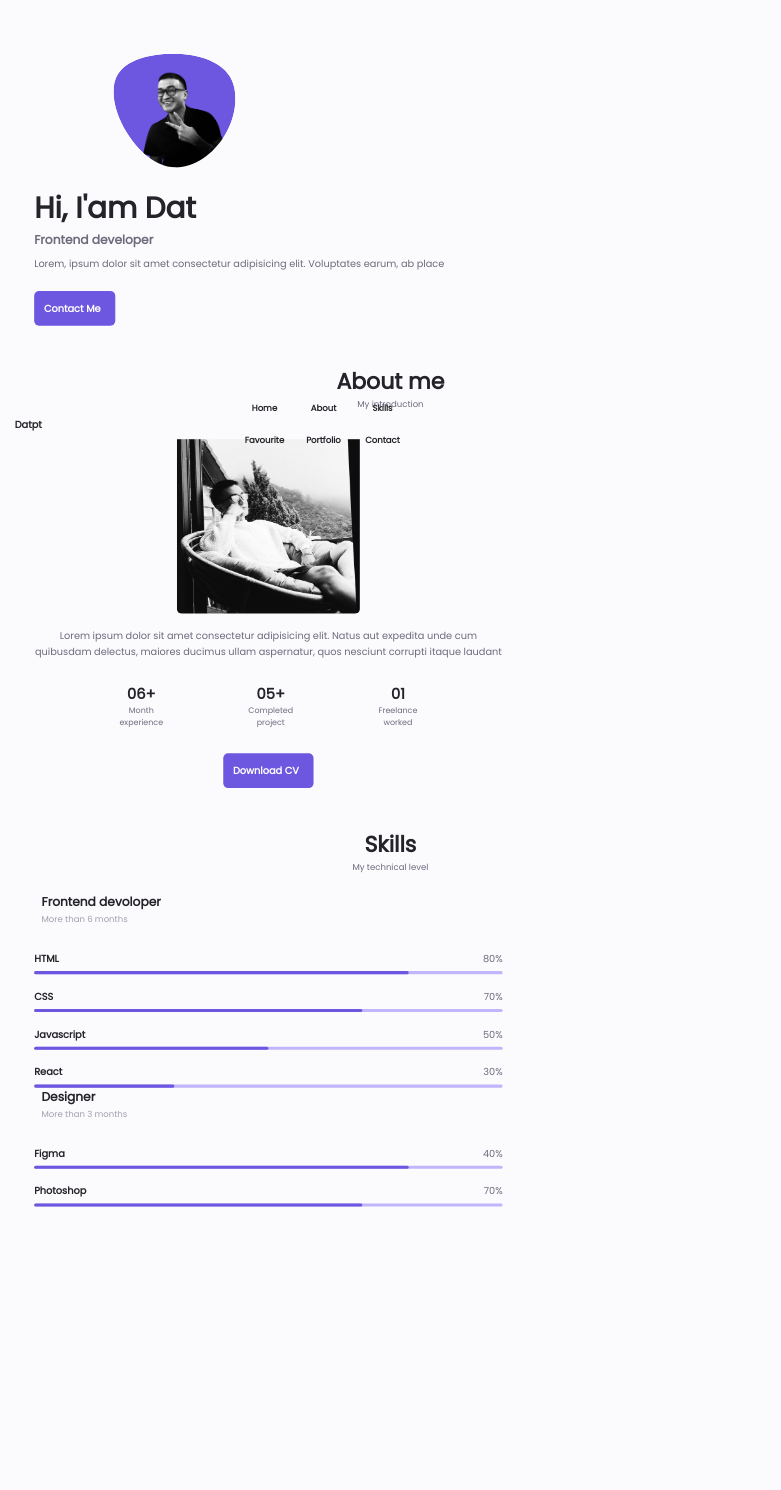
Repository: Datt21/portfolio
Page: index.html
These files come from the project's save history. The page is drawn as it stood at one moment and after the next save; the edit follows.
The browser window is 1280 px wide. The pictures show the whole page, at 61% of full size.
Some icons come from a web library that is not loaded, so they are not drawn.

Above is the page before, as saved 2021-07-10 17:29:17.

### index.html
<!DOCTYPE html>
<html lang="en">
<head>
    <meta charset="UTF-8">
    <meta http-equiv="X-UA-Compatible" content="IE=edge">
    <meta name="viewport" content="width=device-width, initial-scale=1.0">
    <!--============= ICONS ================  -->
    <link rel="stylesheet" href="https://unicons.iconscout.com/release/v4.0.0/css/line.css">

    <!-- ============= SWIPER CSS =============== -->
    <link rel="stylesheet" href="">

    <!-- =============== CSS ========================= -->
    <link rel="stylesheet" href="./Css/style.css">

    <title>Portfolio</title>
</head>
<body>
    <!--============================ HEADER ============================ -->
    <header class="header" id="header">
        <nav class="nav container">
            <a href="#" class="nav__logo">Datpt</a>

            <div class="nav__menu" id="nav-menu">
                <ul class="nav__list grid">
                    <li class="nav__item">
                        <a href="#home" class="nav__link">
                            <i class="uil uil-estate nav__icon"></i>Home
                        </a>
                    </li>
                    <li class="nav__item">
                        <a href="#about" class="nav__link">
                            <i class="uil uil-user nav__icon"></i>About
                        </a>
                    </li>
                    <li class="nav__item">
                        <a href="#skills" class="nav__link">
                            <i class="uil uil-file-alt nav__icon"></i>Skills
                        </a>
                    </li>
                    <li class="nav__item">
                        <a href="#fovourite" class="nav__link">
                            <i class="uil uil-books nav__icon"></i>Favourite
                        </a>
                    </li>
                    <li class="nav__item">
                        <a href="#portfolio" class="nav__link">
                            <i class="uil uil-scenery nav__icon"></i>Portfolio
                        </a>
                    </li>
                    <li class="nav__item">
                        <a href="#contact" class="nav__link">
                            <i class="uil uil-message nav__icon"></i>Contact
                        </a>
                    </li>
                </ul>
                <i class="uil uil-times nav__close" id="nav-close"></i>
            </div>

            <div class="nav__btns">
                <div class="nav__toggle" id="nav-toggle">
                    <i class="uil uil-apps"></i>
                </div>
            </div>
        </nav>
    </header>

     <!--==================== MAIN ====================-->
     <main class="main">
        <!--==================== HOME ====================-->
        <section class="home section" id="home">
            <div class="home__container container grid">
                <div class="home__content grid">
                    <div class="home__social">
                        <a href="https://www.facebook.com/profile.php?id=100043830603950" target="_blank" class="home__social-icon">
                            <i class="uil uil-facebook"></i>
                        </a>
                        <a href="https://t.me/datpt21" target="_blank" class="home__social-icon">
                            <i class="uil uil-telegram-alt"></i>
                        </a>
                        <a href="https://github.com/Datt21" target="_blank" class="home__social-icon">
                            <i class="uil uil-github-alt"></i>
                        </a>
                    </div>

                    <div class="home__img">
                        <svg class="home__blob" viewBox="0 0 200 187" xmlns="http://www.w3.org/2000/svg" xmlns:xlink="http://www.w3.org/1999/xlink">
                            <mask id="mask0" mask-type="alpha">
                                <path d="M190.312 36.4879C206.582 62.1187 201.309 102.826 182.328 134.186C163.346 165.547
                                130.807 187.559 100.226 186.353C69.6454 185.297 41.0228 161.023 21.7403 129.362C2.45775
                                97.8511 -7.48481 59.1033 6.67581 34.5279C20.9871 10.1032 59.7028 -0.149132 97.9666
                                0.00163737C136.23 0.303176 174.193 10.857 190.312 36.4879Z"/>
                            </mask>
                            <g mask="url(#mask0)">
                                <path d="M190.312 36.4879C206.582 62.1187 201.309 102.826 182.328 134.186C163.346
                                165.547 130.807 187.559 100.226 186.353C69.6454 185.297 41.0228 161.023 21.7403
                                129.362C2.45775 97.8511 -7.48481 59.1033 6.67581 34.5279C20.9871 10.1032 59.7028
                                -0.149132 97.9666 0.00163737C136.23 0.303176 174.193 10.857 190.312 36.4879Z"/>

                                <image class="home_blob-img" x='12' y='18 'xlink:href="./images/me.png"/>
                            </g>
                        </svg>

                    </div>

                    <div class="home__data">
                        <h1 class="home__title">Hi, I'am Dat</h1>
                        <h3 class="home_subtitle">Frontend developer</h3>
                        <p class="home_description">Lorem, ipsum dolor sit amet consectetur adipisicing elit.
                            Voluptates earum, ab place</p>
                        <a href="#contact" class="button button--flex">
                            Contact Me<i class="uil uil-message button__icon"></i>
                        </a>
                    </div>
                </div>

                <div class="home_scroll">
                    <a href="#about" class="home__scroll-button button--flex">
                        <i class="uil uil-mouse-alt-2 home__scroll-mouse"></i>
                        <span class="home__scroll-name">Scroll down</span>
                        <i class="uil uil-arrow-down home__scroll-arrow"></i>
                    </a>
                </div>
            </div>
        </section>

        <!--==================== ABOUT ====================-->
        <section class="about section" id="about">
            <h2 class="section__title">About me</h2>
            <span class="section__subtitle">My introduction</span>

            <div class="about__container container grid">
                <img src="./images/me2.jpg" alt="" class="about__img">

                <div class="about-data">
                    <p class="about-decription">Lorem ipsum dolor sit amet consectetur adipisicing elit.
                        Natus aut expedita unde cum quibusdam delectus, maiores ducimus ullam aspernatur, quos nesciunt corrupti itaque laudant</p>

                    <div class="about__info">
                        <div>
                            <span class="about__info-title">06+</span>
                            <span class="about__info-name">Month <br> experience</span>
                        </div>
                        <div>
                            <span class="about__info-title">05+</span>
                            <span class="about__info-name">Completed <br> project</span>
                        </div>
                        <div>
                            <span class="about__info-title">01</span>
                            <span class="about__info-name">Freelance <br> worked</span>
                        </div>
                    </div>

                    <div class="about__buttons">
                        <a download="" href="./pdf/LeTienDat_CV.pdf" class="button button--flex">
                            Download CV <i class="uil uil-download-alt button__icon"></i>
                        </a>
                    </div>
                </div>
            </div>


        </section>

        <!--==================== SKILLS ====================-->
        <section class="skills section" id="skills">
            <h2 class="section__title">Skills</h2>
            <span class="section__subtitle">My technical level</span>

            <div class="skills__container container grid">
                <div>
                    <!-- skill 1 -->
                    <div class="skills__content">
                        <div class="skills__header">
                            <i class="uil uil-brackets-curly skills__icon"></i>

                            <div>
                                <h1 class="skills__title">Frontend devoloper</h1>
                                <span class="skills__subtitle">More than 6 months</span>
                            </div>
                            <i class="uil uil-angle-down skills__arrow"></i>
                        </div>

                        <div class="skills__list grid">
                            <div class="skills__data">
                                <div class="skills__titles">
                                    <h3 class="skills__name">HTML</h3>
                                    <span class="skills__number">80%</span>
                                </div>
                                <div class="skills__bar">
                                    <span class="skills__percentage skills__html"></span>
                                </div>
                            </div>

                            <div class="skills__data">
                                <div class="skills__titles">
                                    <h3 class="skills__name">CSS</h3>
                                    <span class="skills__number">70%</span>
                                </div>
                                <div class="skills__bar">
                                    <span class="skills__percentage skills__css"></span>
                                </div>
                            </div>

                            <div class="skills__data">
                                <div class="skills__titles">
                                    <h3 class="skills__name">Javascript</h3>
                                    <span class="skills__number">50%</span>
                                </div>
                                <div class="skills__bar">
                                    <span class="skills__percentage skills__js"></span>
                                </div>
                            </div>

                            <div class="skills__data">
                                <div class="skills__titles">
                                    <h3 class="skills__name">React</h3>
                                    <span class="skills__number">30%</span>
                                </div>
                                <div class="skills__bar">
                                    <span class="skills__percentage skills__react"></span>
                                </div>
                            </div>
                        </div>
                    </div>

                    <!-- skill 2 -->
                    <div class="skills__content">
                        <div class="skills__header">
                            <i class="uil uil-swatchbook skills__icon"></i>

                            <div>
                                <h1 class="skills__title">Designer</h1>
                                <span class="skills__subtitle">More than 3 months</span>
                            </div>
                            <i class="uil uil-angle-down skills__arrow"></i>
                        </div>

                        <div class="skills__list grid">
                            <div class="skills__data">
                                <div class="skills__titles">
                                    <h3 class="skills__name">Figma</h3>
                                    <span class="skills__number">40%</span>
                                </div>
                                <div class="skills__bar">
                                    <span class="skills__percentage skills__html"></span>
                                </div>
                            </div>

                            <div class="skills__data">
                                <div class="skills__titles">
                                    <h3 class="skills__name">Photoshop</h3>
                                    <span class="skills__number">70%</span>
                                </div>
                                <div class="skills__bar">
                                    <span class="skills__percentage skills__css"></span>
                                </div>
                            </div>

                        </div>
                    </div>
                </div>
            </div>


        </section>

        <!--==================== QUALIFICATION ====================-->
        <section class="qualification section">


        </section>

        <!--==================== SERVICES ====================-->
        <section class="services section" id="services">


        </section>

        <!--==================== PORTFOLIO ====================-->
        <section class="portfolio section" id="portfolio">


        </section>

        <!--==================== PROJECT IN MIND ====================-->
        <section class="project section">


        </section>

        <!--==================== TESTIMONIAL ====================-->
        <section class="testimonial section">


        </section>

        <!--==================== CONTACT ME ====================-->
        <section class="contact section" id="contact">


        </section>
    </main>

    <!--==================== FOOTER ====================-->
    <footer class="footer">


    </footer>

    <!--==================== SCROLL TOP ====================-->


    <!--==================== SWIPER JS ====================-->
    <script src=""></script>

    <!-- =================== JS ======================= -->
    <script src="./JS/main.js"></script>
</body>
</html>

### Css/style.css
/* ========================= GOOGLE FONTS ========================= */
@import url('https://fonts.googleapis.com/css2?family=Poppins&display=swap');

/*========================= VARIABLES CSS ==========================*/
:root{
    --header-height: 3rem;

    /* ---COLORS----- */
    --hue-color: 250;
    --first-color: hsl(var(--hue-color), 69%, 61%);
    --first-color-second: hsl(var(--hue-color), 69%, 61%);
    --first-color-alt: hsl(var(--hue-color), 57%, 53%);
    --first-color-lighter: hsl(var(--hue-color), 92%, 85%);
    --title-color:hsl(var(--hue-color), 8%, 15%);
    --text-color: hsl(var(--hue-color), 8%, 45%);
    --text-color-light: hsl(var(--hue-color), 8%, 65%);
    --input-color: hsl(var(--hue-color), 70%, 96%);
    --body-color: hsl(var(--hue-color), 60%, 99%);
    --container-color: #fff;

    /* --- FONT & SIZES */
    --body-font: 'Poppins', sans-serif;

    --font-semi-bold: 700;
    --font-medium: 600;

    --big-font-size: 2rem;
    --h1-font-size: 1.5rem;
    --h2-font-size: 1.25rem;
    --h3-font-size: 1.125rem;
    --normal-font-size: .938rem;
    --small-font-size: .813rem;
    --smaller-font-size: .75rem;

    /* --- MARGIN BOTTOM */
    --mb-0-25: .25rem;
    --mb-0-5: .5rem;
    --mb-0-75: .75rem;
    --mb-1: 1rem;
    --mb-1-5: 1.5rem;
    --mb-2: 2rem;
    --mb-2-5: 2.5rem;
    --mb-3: 3rem;

    /* Z INDEX */
    --z-tooltip: 10;
    --z-fixed: 100;
    --z-modal: 1000;

}

/* Font size for large devices */
@media screen and (min-width: 968px){
    :root {
        --big-font-size: 3rem;
        --h1-font-size: 2.25rem;
        --h2-font-size: 1.5rem;
        --h3-font-size: 1.25rem;
        --normal-font-size: 1rem;
        --small-font-size: .875rem;
        --smaller-font-size: .813rem;
    }

}

/*====================== Variables Dark Theme ===================  */

/*====================== Button Dark/Light  ===================  */

/*====================== BASE ========================= */
*{
    box-sizing: border-box;
    padding: 0;
    margin: 0;
}

html{
    scroll-behavior: smooth;
}

body{
    margin: 0 0 var(--header-height) 0;
    font-family: var(--body-font);
    font-size: var(--normal-font-size);
    background-color: var(--body-color);
    color: var(--text-color);
}

h1,h2,h3,h4{
    color: var(--title-color);
    font-weight: var(--font-semi-bold)
}

ul{
    list-style: none;
}

a{
    text-decoration: none;
}

img{
    max-width: 100%;
    height: auto;
}

/*========================= set section - css classes ====================  */
.section{
    padding: 2rem;
}

.section__title{
    font-size: var(--h1-font-size);
}

.section__subtitle{
    display: block;
    font-size: var(--small-font-size);
    margin-bottom: var(--mb-2);
}

.section__title,
.section__subtitle{
    text-align: center;
}

/* ===================== LAYOUT ============================== */
.container{
    max-width: 768px;
    margin-left: var(--mb-1-5);
    margin-right: var(--mb-1-5);
}

.grid{
    display: grid;
    gap: 1.5rem;
}

.header{
    width: 100%;
    position: fixed;
    bottom: 0;
    left: 0;
    z-index: var(--z-fixed);
    background-color: var(--body-color);
}

/* ===================== NAV ==================== */
.nav{
    max-width: 968px;
    height: var(--header-height);
    display: flex;
    justify-content:space-between;
    align-items: center;
}

.nav__logo,
.nav__toggle{
    color: var(--title-color);
    font-weight: var(--font-medium);
}

.nav__logo:hover{
    color: var(--first-color);
}

.nav__toggle{
    font-size: 1.1rem;
    cursor: pointer;
}

.nav__toggle:hover{
    color: var(--first-color);
}

@media screen and (max-width: 767px) {
    .nav__menu{
        position: fixed;
        bottom: -100%;
        left: 0;
        width: 100%;
        background-color: var(--body-color);
        padding: 2rem 1.5rem 4rem;
        box-shadow: 0 -1px 4px rgb(0,0,0, .15 );
        border-radius: 1.5rem 1.5rem 0 0;
        transition:0.3s;
    }
}

.nav__list{
    grid-template-columns: repeat(3,1fr);
    gap: 2rem;
}

.nav__link{
    display: flex;
    flex-direction: column;
    align-items: center;
    font-size: var(--small-font-size);
    color: var(--title-color);
    font-weight: var(--font-medium);
}

.nav__link:hover{
    color: var(--first-color);
}

.nav__icon{
    font-size: 1.2rem;
}

.nav__close{
    position: absolute;
    right: 1.3rem;
    bottom: .5rem;
    font-size: 1.5rem;
    cursor: pointer;
    color: var(--first-color);
}

.nav__close:hover{
    color: var(--first-color-alt);
}

/* -----show menu ---------- */
.show-menu{
    bottom: 0;
}

/*==================== HOME ====================*/
.home__container{
    gap: 1rem;
}

.home__content{
    grid-template-columns: .5fr 3fr;
    padding-top: 3.5rem;
    align-items: center;
}

.home__social{
    display: grid;
    grid-template-columns: max-content;
    row-gap: 1rem;
}

.home__social-icon{
    font-size: 1.25rem;
    color: var(--first-color);
}

.home__social-icon:hover{
    color: var(--first-color-alt);
    transform: scale(1.2);
}

.home__blob{
    width: 200px;
    fill: var(--first-color);
}

.home_blob-img{
    width: 170px;
}

.home__data{
    grid-column: 1/3;
}

.home__title{
    font-size: var(--big-font-size);
}

.home_subtitle{
    font-size: var(--h3-font-size);
    color: var(--text-color);
    font-weight: var(--font-medium);
    margin-bottom: var(--mb-0-75);
}

.home_description{
    margin-bottom: var(--mb-2);
}

.home_scroll{
    display: none;
}

.home__scroll-button{
    color: var(--first-color);
    transition: 0.3s;
}

.home__scroll-button:hover{
    transform: translateY(0.25rem);
}

.home__scroll-mouse{
    font-size: 2rem;
}

.home__scroll-name{
    font-size: var(--small-font-size);
    color: var(--title-color);
    font-weight: var(--font-medium);
    margin-right: var(--mb-0-25);
}

.home__scroll-arrow{
    font-size: 1.25rem;
}

/*==================== BUTTONS ====================*/
.button{
    display: inline-block;
    background-color: var(--first-color);
    color: #fff;
    padding: 1rem;
    border-radius: .5rem;
    font-weight: var(--font-medium);
}

.button:hover{
    background-color: var(--first-color-alt);
}

.button__icon{
    font-size: 1.25rem;
    margin-left: var(--mb-0-5);
    transition: 0.3s;
}

.button--flex{
    display: inline-flex;
    align-items: center;
}



/*==================== ABOUT ====================*/
.about__img{
    border-radius: .5rem;
    width: 300px;
    justify-self: center;
    align-self: center;
    height: 300px;
    object-fit: cover;
}

.about-decription{
    text-align: center;
    margin-bottom: var(--mb-2-5);
}

.about__info{
    display: flex;
    justify-content: space-evenly;
    margin-bottom: var(--mb-2-5);
}

.about__info-title{
    font-size: var(--h2-font-size);
    font-weight: var(--font-semi-bold);
    color: var(--title-color);
}

.about__info-name{
    font-size: var(--smaller-font-size);
}

.about__info-title,
.about__info-name{
    display: block;
    text-align: center;
}

.about__buttons{
    display: flex;
    justify-content: center;
}

/*==================== SKILLS ====================*/
.skills__container{
    row-gap: 0;
}

.skills__header{
    display: flex;
    align-items: center;
    margin-bottom: var(--mb-2-5);
    cursor: pointer;
}

.skills__icon,
.skills__arrow{
    font-size: 2rem;
    color: var(--first-color);
}

.skills__icon{
    margin-right: var(--mb-0-75);
}

.skills__title{
    font-size: var(--h3-font-size);
}

.skills__subtitle{
    font-size: var(--small-font-size);
    color: var(--text-color-light);
}

.skills__arrow{
    margin-left: auto;
    transition: .4s;
}

.skills__titles{
    display: flex;
    justify-content: space-between;
    margin-bottom: var(--mb-0-5);
}

.skills__name{
    font-size: var(--normal-font-size);
    font-weight: var(--font-medium);
}

.skills__bar,
.skills__percentage{
    height: 5px;
    border-radius: .25rem;
}

.skills__bar{
    background: var(--first-color-lighter);
}

.skills__percentage{
    display: block;
    background-color: var(--first-color);
}

.skills__html{
    width: 80%;
}

.skills__css{
    width: 70%;
}

.skills__js{
    width: 50%;
}

.skills__react{
    width: 30%;
}
/*==================== QUALIFICATION ====================*/


/*==================== SERVICES ====================*/


/* Active Modal */


/*==================== PORTFOLIO ====================*/


/*==================== PROJECT IN MIND ====================*/


/*==================== TESTIMONIAL ====================*/


/*==================== CONTACT ME ====================*/


/*==================== FOOTER ====================*/


/*========== SCROLL UP ==========*/


/* Show scroll */


/*========== SCROLL BAR ==========*/


/*==================== MEDIA QUERIES ====================*/
/* For small devices */


/* For medium devices */


/* For large devices */

Loaded but not shown: JS/main.js (56 lines, source omitted)

After the next save:
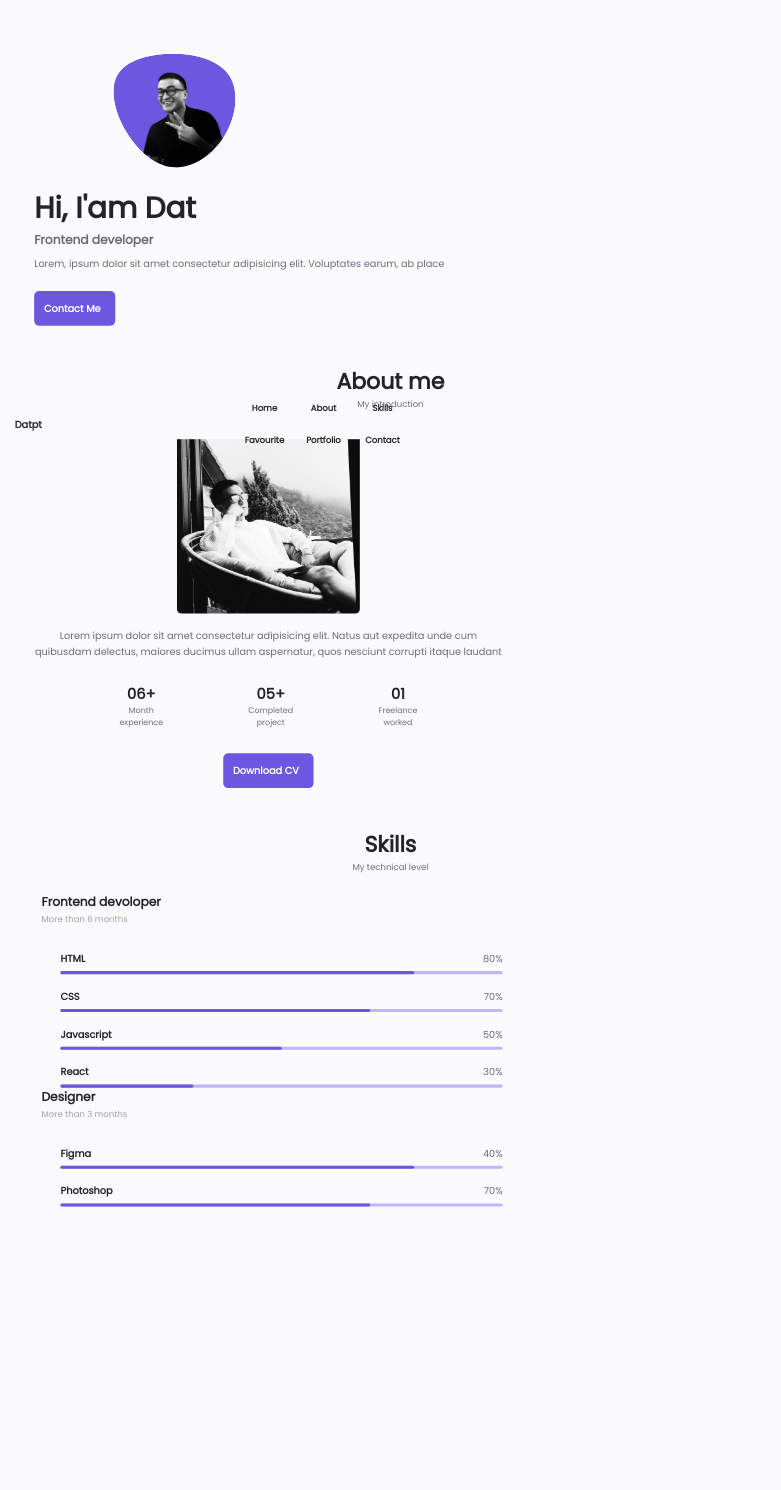
Saved 2 min 18 s later.
--- a/Css/style.css
+++ b/Css/style.css
@@ -415,6 +415,11 @@ img{
     transition: .4s;
 }
 
+.skills__list{
+    row-gap: 1.5rem;
+    padding-left: 2.7rem;
+}
+
 .skills__titles{
     display: flex;
     justify-content: space-between;
